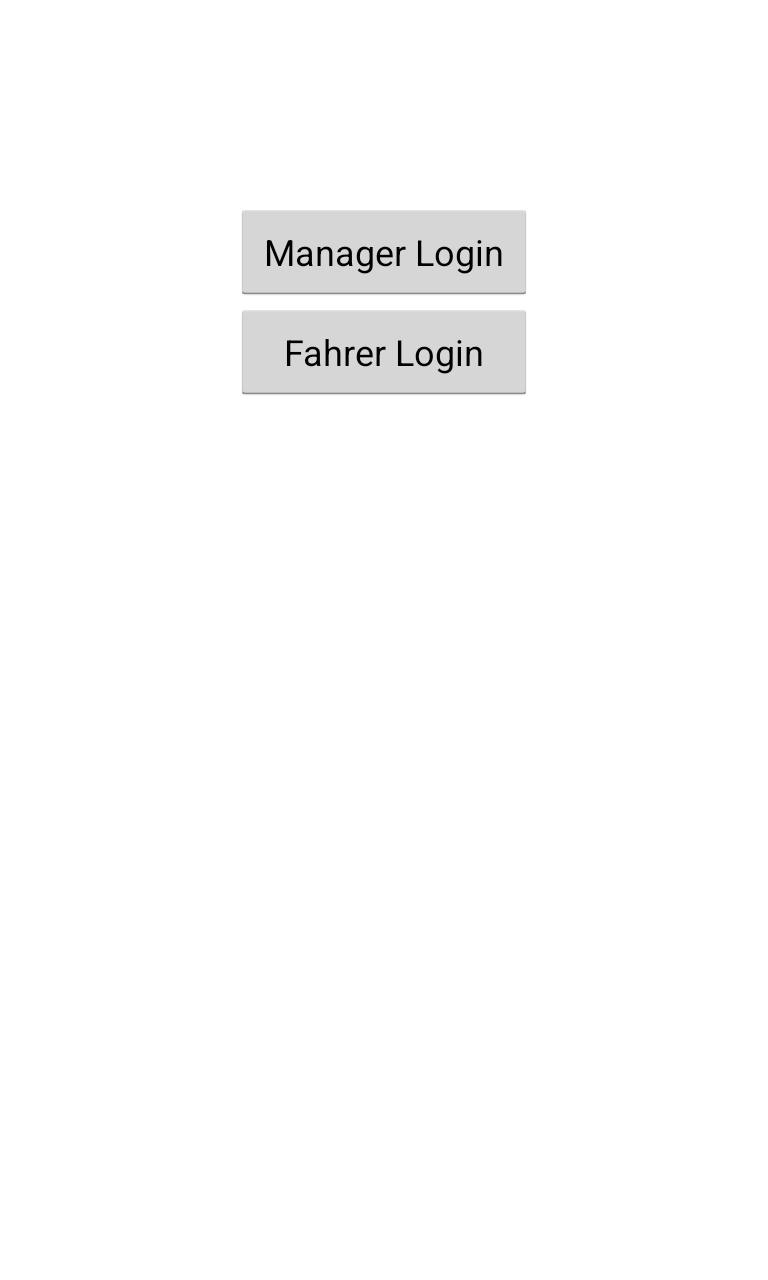
Repository: VroniZinsser/Kurierdienst
Layout: KurierdienstVroni/res/layout/activity_manager.xml
An editor plug-in stored every save of this project. The layout is shown before and after the next save, followed by the edit.
It is drawn on a 768 x 1280 px phone screen (xhdpi) without system bars, with theme AppTheme; the app's code is not run. The app's manifest (not shown) leaves right-to-left support off. So textAlignment, textDirection and layoutDirection are ignored, and left and right values win over start and end ones.

Above is the layout before, as saved 2014-07-16 08:36:28.

After the next save:
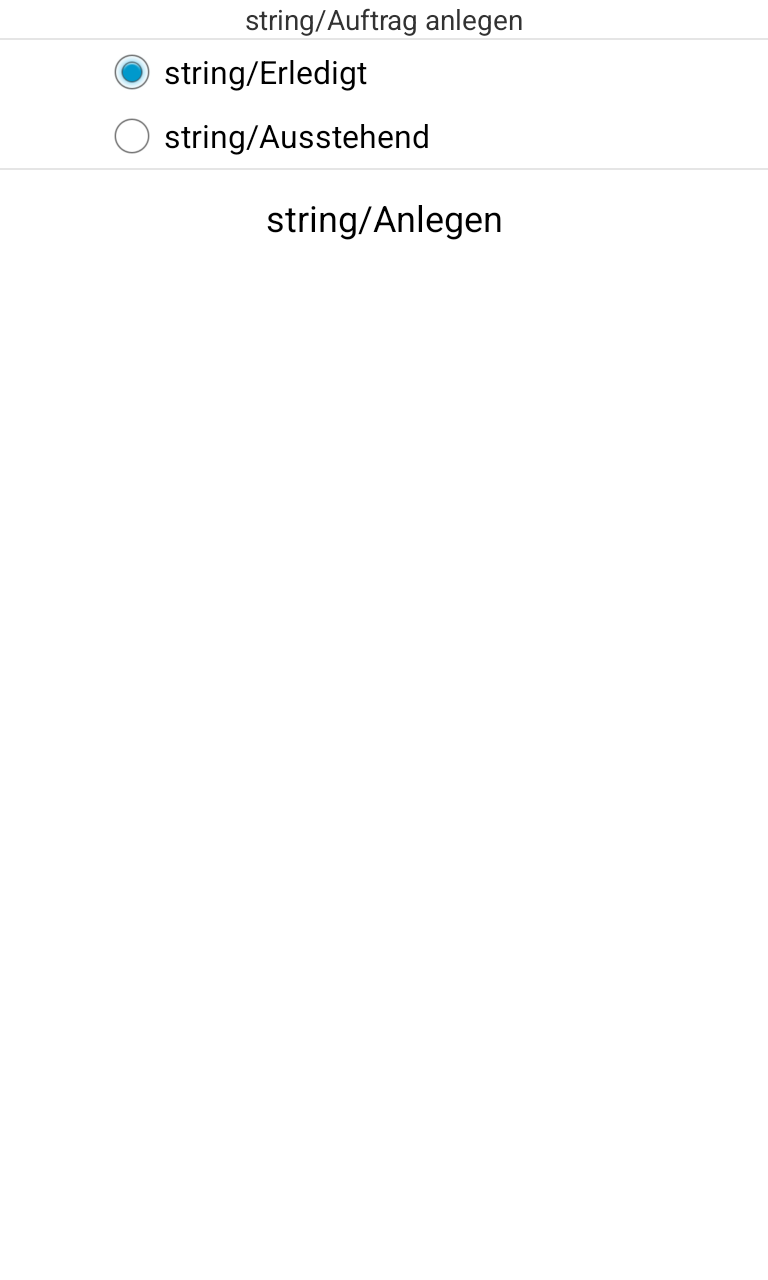
Saved 15 min 39 s later.
--- a/KurierdienstVroni/res/layout/activity_manager.xml
+++ b/KurierdienstVroni/res/layout/activity_manager.xml
@@ -1,28 +1,58 @@
-<RelativeLayout xmlns:android="http://schemas.android.com/apk/res/android"
-    xmlns:tools="http://schemas.android.com/tools"
+<?xml version="1.0" encoding="utf-8"?>
+
+<LinearLayout xmlns:android="http://schemas.android.com/apk/res/android"
     android:layout_width="match_parent"
     android:layout_height="match_parent"
-    android:paddingBottom="@dimen/activity_vertical_margin"
-    android:paddingLeft="@dimen/activity_horizontal_margin"
-    android:paddingRight="@dimen/activity_horizontal_margin"
-    android:paddingTop="@dimen/activity_vertical_margin"
-    tools:context=".KurierdienstStart" >
+    android:divider="?android:attr/listDivider"
+    android:orientation="vertical"
+    android:showDividers="middle" >
 
-    <Button
-        android:id="@+id/managerLogin"
-        android:layout_width="300px"
-        android:layout_height="100px"
-        android:layout_centerHorizontal="true"
-        android:layout_marginTop="170px"
-        android:text="Manager Login" />
+    <TextView
+        android:id="@+id/evening_plan"
+        android:layout_width="match_parent"
+        android:layout_height="wrap_content"
+        android:gravity="center_vertical|center_horizontal"
+        android:text="string/Auftrag anlegen" />
 
-     <Button
-         android:id="@+id/driverLogin"
-        android:layout_width="300px"
-        android:layout_height="100px"
-        android:layout_centerHorizontal="true"
-        android:layout_below="@id/managerLogin"
-        android:text="Fahrer Login" />
+    <RadioGroup
+        android:id="@+id/choose_pre_drinks"
+        android:layout_width="wrap_content"
+        android:layout_height="wrap_content" >
 
+        <RadioButton
+            android:id="@+id/public_pre_drinks"
+            android:layout_width="wrap_content"
+            android:layout_height="wrap_content"
+            android:layout_marginLeft="50dp"
+            android:checked="true"
+            android:text="string/Erledigt" />
 
-</RelativeLayout>
+        <RadioButton
+            android:id="@+id/private_pre_drinks"
+            android:layout_width="wrap_content"
+            android:layout_height="wrap_content"
+            android:layout_marginLeft="50dp"
+            android:text="string/Ausstehend" />
+
+    </RadioGroup>
+
+    <LinearLayout
+        style="?android:attr/buttonBarStyle"
+        android:layout_width="match_parent"
+        android:layout_height="wrap_content"
+        android:orientation="horizontal"
+        android:gravity="center_vertical|center_horizontal" >
+
+        <Button
+            android:id="@+id/lets_go"
+            style="?android:attr/buttonBarButtonStyle"
+            android:layout_width="match_parent"
+            android:layout_height="match_parent"
+            android:layout_gravity="center_vertical|center_horizontal"
+            android:background="@android:drawable/list_selector_background"
+            android:gravity="center_vertical|center_horizontal"
+            android:text="string/Anlegen"
+            android:textAlignment="center" />
+    </LinearLayout>
+
+</LinearLayout>
